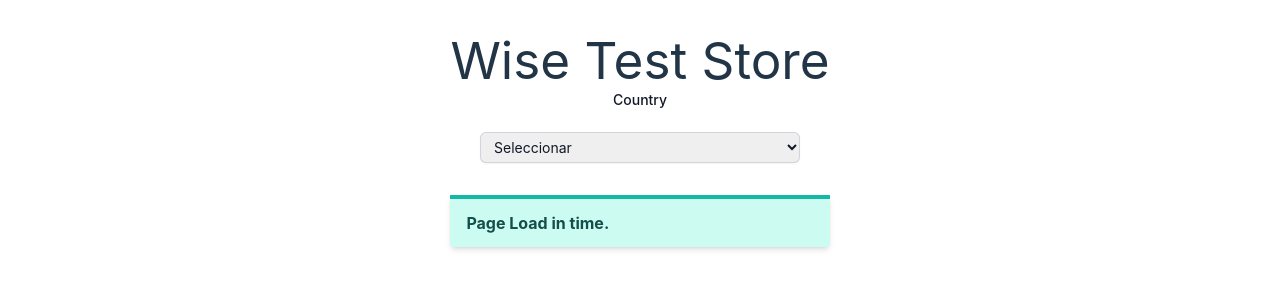
Repository: marianozamora/reactredux-wise
Page: /
These files come from the project's save history. The page is drawn as it stood at one moment and after the next save; the edit follows.
The browser window is 1280 px wide. The pictures show the whole page.
The page's requests for data from a server got no answer. The project was rebuilt for these pictures with package versions that can differ from the ones it lists, and the page was loaded fresh each time. No one was signed in, and anything a server would have sent is missing. Also part of the build but not shown: vite.config.ts.

Above is the page before, as saved 2023-04-08 02:42:27.

After the next save:
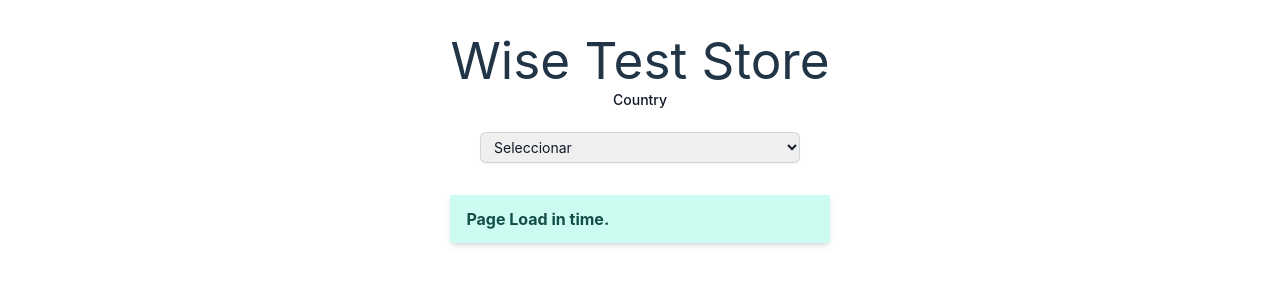
Saved 34 s later.
--- a/src/App.tsx
+++ b/src/App.tsx
@@ -82,7 +82,7 @@
 
       </div>
 
-      <div className="bg-teal-100 border-t-4 border-teal-500 rounded-b text-teal-900 px-4 py-3 shadow-md" role="alert">
+      <div className="bg-teal-100  border-teal-500 rounded-b text-teal-900 px-4 py-3 shadow-md" role="alert">
         <div className="flex">
           <div>
             <p className="font-bold">Page Load in time.</p>

After the save that followed:
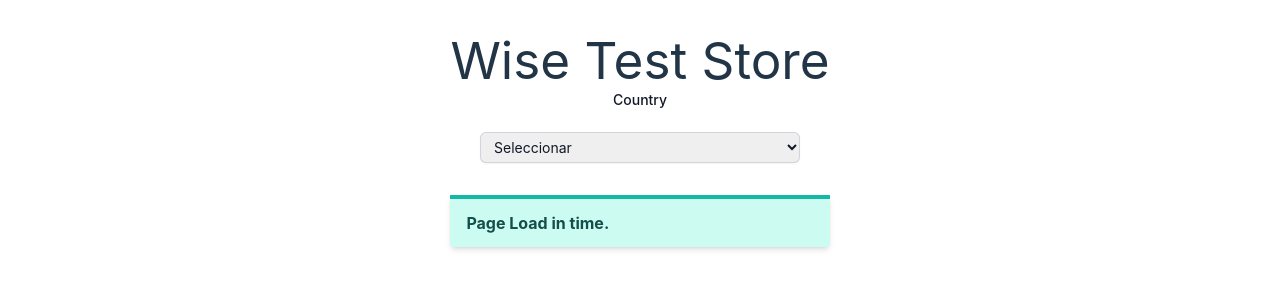
Saved 4 s later.
--- a/src/App.tsx
+++ b/src/App.tsx
@@ -82,7 +82,7 @@
 
       </div>
 
-      <div className="bg-teal-100  border-teal-500 rounded-b text-teal-900 px-4 py-3 shadow-md" role="alert">
+      <div className="bg-teal-100  border-teal-500 border-t-4 rounded-b text-teal-900 px-4 py-3 shadow-md" role="alert">
         <div className="flex">
           <div>
             <p className="font-bold">Page Load in time.</p>
